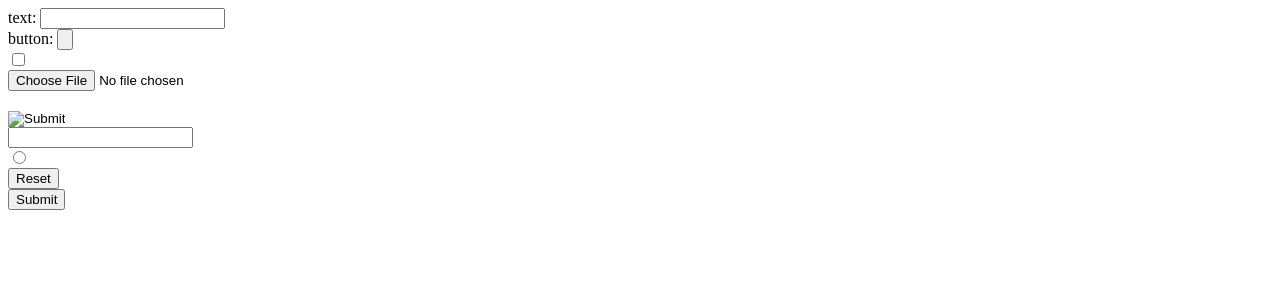
Repository: soso1525/bitcamp
Page: workspace/java-web/src/main/webapp/ch2/2-38.html
The author's editor kept a copy of each file at every save. The page is drawn from the files as they stood at one save, then again after a run of saves.
The browser window is 1280 px wide. The pictures show the whole page.

Above is the page before, as saved 2017-12-12 07:03:31.

After the next 4 saves:
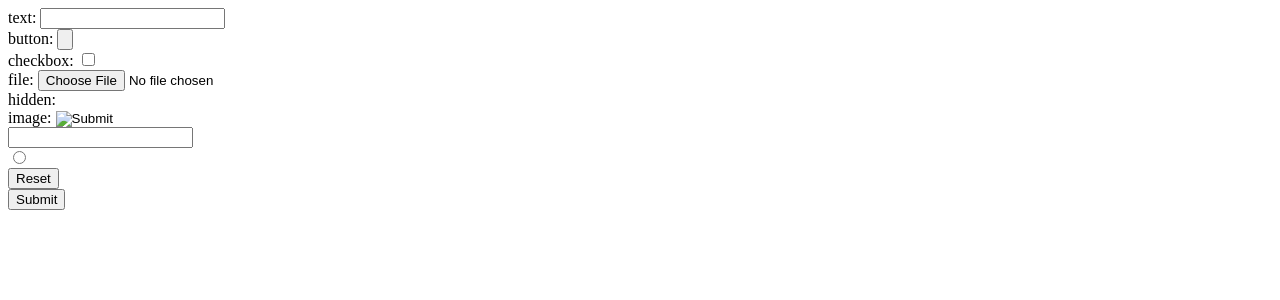
The 4 saves are shown as one change because they came seconds apart.
The last was saved 16 s later.
--- a/workspace/java-web/src/main/webapp/ch2/2-38.html
+++ b/workspace/java-web/src/main/webapp/ch2/2-38.html
@@ -7,11 +7,10 @@
     <form>
         text: <input type="text" /><br />
         button: <input type="button" /><br />
-
-        <input type="checkbox" /><br />
-        <input type="file" /><br />
-        <input type="hidden" /><br />
-        <input type="image" /><br />
+        checkbox: <input type="checkbox" /><br />
+        file: <input type="file" /><br />
+        hidden: <input type="hidden" /><br />
+        image: <input type="image" /><br />
         <input type="password" /><br />
         <input type="radio" /><br />
         <input type="reset" /><br />
